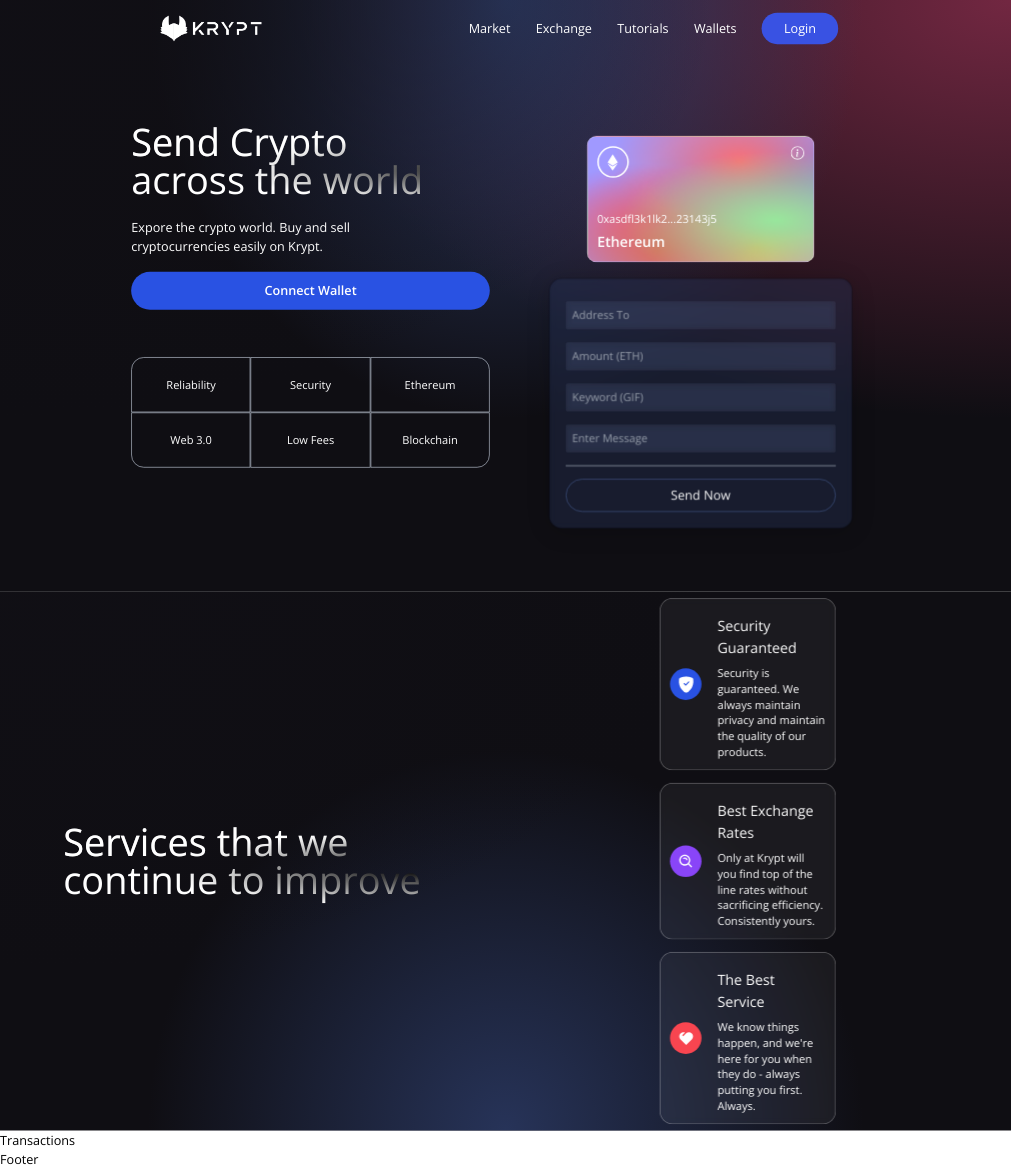
Repository: stephan-chiorean/krypt
Page: / (app in client/)
These files come from the project's save history. The page is drawn as it stood at one moment and after the next save; the edit follows.
The browser window is 1280 px wide. The pictures show the whole page, at 79% of full size.
The project was rebuilt for these pictures with package versions that can differ from the ones it lists, and the page was loaded fresh each time. Also part of the build but not shown: client/vite.config.js, client/src/components/Loader.jsx.

Above is the page before, as saved 2023-03-29 19:31:48.

### client/src/main.jsx
import React from 'react'
import ReactDOM from 'react-dom/client'
import App from './App'
import {TransactionProvider} from './context/TransactionContext';
import './index.css'

ReactDOM.createRoot(document.getElementById('root')).render(
  <TransactionProvider>
  <React.StrictMode>
    <App />
  </React.StrictMode>
  </TransactionProvider>,
)

### client/src/App.jsx
import {Navbar, Welcome, Footer, Services, Transactions} from './components';

const App = () => {

  return (
    <div className="min-h-screen">
      <div className="gradient-bg-welcome">
        <Navbar/>
        <Welcome/>
      </div>
      <Services/>
      <Transactions/>
      <Footer/>
    </div>
  )
}

export default App

### client/src/context/TransactionContext.jsx
import React, { useState, useEffect } from 'react';
import * as ethers from 'ethers';
import { contractABI, contractAddress } from '../utils/constants';

export const TransactionContext = React.createContext();

const { ethereum } = window;

const getEthereumContract = () => {
    console.log(ethers)
  const provider = new ethers.providers.Web3Provider(ethereum);
  const signer = provider.getSigner();
  const transactionContract = new ethers.Contract(
    contractAddress,
    contractABI,
    signer
  );

  return transactionContract;

//   console.log({
//     provider,
//     signer,
//     transactionContract,
//   });
};

export const TransactionProvider = ({ children }) => {
  const [connectedAccount, setConnectedAccount] = useState('');
  const [formData, setFormData] = useState({ addressTo: '', amount: 0, keyword: '', message: ''});
  const [isLoading, setIsLoading] = useState(false);
  const [transactionCount, setTransactionCount] = useState(localStorage.getItem('transactionCount'));

  const handleChange = (e, name) => {
    setFormData((prevState) => ({...prevState, [name]: e.target.value}));
  }

  const checkIfWalletIsConnected = async () => {
    try {
      if (!ethereum) return alert('Please install metamask');

      const accounts = await ethereum.request({ method: 'eth_accounts' });
      if (accounts.length) {
        setConnectedAccount(accounts[0]);
      } else {
        console.log('No accounts found');
      }
      console.log(accounts);
    } catch (err) {
      console.error(err);
      throw new Error('No ethereum object');
    }
  };

  const connectWallet = async () => {
    try {
      if (!ethereum) return alert('Please install metamask');

      const accounts = await ethereum.request({
        method: 'eth_requestAccounts',
      });

      setConnectedAccount(accounts[0]);
      console.log('CONNECTED', connectedAccount);
    } catch (err) {
      console.error(err);
      throw new Error('No ethereum object.');
    }
  };

  const sendTransaction = async() => {
    try {
        if(!ethereum) return alert("Please install metamask");
        const {addressTo, amount, keyword, message} = formData;
        const transactionContract = getEthereumContract();
        const parsedAmount = ethers.utils.parseEther(amount);

        await ethereum.request({
            method: 'eth_sendTransaction',
            params: [{
                from: connectedAccount,
                to: addressTo,
                gas: '0x5208', //21000 gwei
                value: parsedAmount._hex,
            }]
        })

        const transactionHash = await transactionContract.addToBlockchain(addressTo, parsedAmount, message, keyword);
        setIsLoading(true);
        console.log(`Loading - ${transactionHash.hash}`);
        await transactionHash.wait();
        setIsLoading(false);
        console.log(`Success - ${transactionHash.hash}`)

        const transactionCount = await transactionContract.getTransactionCount();
        setTransactionCount(transactionCount.toNumber())


    } catch(err) {
        console.error(err);
    }
  }

  useEffect(() => {
    checkIfWalletIsConnected();
  }, []);
  return (
    <TransactionContext.Provider value={{ connectWallet, connectedAccount, formData, setFormData, handleChange, sendTransaction }}>
      {children}
    </TransactionContext.Provider>
  );
};

### client/src/components/index.js
export {default as Loader} from './Loader';
export {default as Navbar} from './Navbar';
export {default as Footer} from './Footer';
export {default as Welcome} from './Welcome';
export {default as Transactions} from './Transactions';
export {default as Services} from './Services';

### client/src/utils/constants.js
import abi from './Transactions.json';

export const contractABI = abi.abi;
export const contractAddress = '0x48d319b761e733246BF575C86d399bB8EDdA6dEf';

### client/src/components/Navbar.jsx
import { HiMenuAlt4 } from 'react-icons/hi';
import { AiOutlineClose } from 'react-icons/ai';
import { useState } from 'react';

import logo from '../../images/logo.png';

const NavbarItem = ({ title, classProps }) => {
  return <li className={`mx-4 cursor-pointer ${classProps}`}>{title}</li>;
};
export default () => {
  const [toggleMenu, setToggleMenu] = useState(false);
  return (
    <nav className='w-full flex md:justify-center justify-between items-center p-4'>
      <div className='md:flex-[0.5] flex-initial justify-center items-center'>
        <img src={logo} alt='logo' className='w-32 cursor-pointer' />
      </div>
      <ul className='text-white md:flex hidden list-none flex-row justify-between items-center flex-initial'>
        {['Market', 'Exchange', 'Tutorials', 'Wallets'].map((item, index) => (
          <NavbarItem key={item + index} title={item} />
        ))}
        <li className='bg-[#3952e3] py-2 px-7 mx-4 rounded-full cursor-pointer hover:bg-[#2546bd]'>
          Login
        </li>
      </ul>
      <div className='flex relative'>
        {toggleMenu ? (
          <AiOutlineClose
            fontSize={28}
            className='text-white md:hidden cursor-pointer'
            onClick={() => setToggleMenu(false)}
          />
        ) : (
          <HiMenuAlt4
            fontSize={28}
            className='text-white md:hidden cursor-pointer'
            onClick={() => setToggleMenu(true)}
          />
        )}
        {toggleMenu && (
          <ul className="z-10 fixed top-0 -right-2 p-3 w-[70vw] h-screen shadow-2xl md:hidden list-none flex flex-col justify-start items-end rounded-md blue-glassmorphism text-white animate-slide-in">
            <li className='text-xl w-full my-2'>
              <AiOutlineClose onClick={() => setToggleMenu(false)} className="cursor-pointer"/>
            </li>
            {['Market', 'Exchange', 'Tutorials', 'Wallets'].map(
              (item, index) => (
                <NavbarItem key={item + index} title={item} classProps="my-2 text-lg"/>
              )
            )}
          </ul>
        )}
      </div>
    </nav>
  );
};

### client/src/components/Footer.jsx
import React from 'react'

export default() => {
  return (
    <div>Footer</div>
  )
}

### client/src/components/Welcome.jsx
import { AiFillPlayCircle } from 'react-icons/ai';
import { SiEthereum } from 'react-icons/si';
import { BsInfoCircle } from 'react-icons/bs';
import { TransactionContext } from '../context/TransactionContext';
import React, { useContext } from 'react';
import { Loader } from './';
const commonStyles =
  'min-h-[70px] sm:px-0 px-2 sm:min-w-[120px] flex justify-center items-center border-[0.5px] border-gray-400 text-sm font-light text-white';

const Input = ({ placeholder, name, type, value, handleChange }) => (
  <input
    placeholder={placeholder}
    type={type}
    step='0.0001'
    value={value}
    onChange={(e) => handleChange(e, name)}
    className='my-2 w-full rounded-sm p-2 outline-none text-white border-none text-sm white-glassmorphism'
  />
);
export default () => {
  const {
    connectWallet,
    connectedAccount,
    formData,
    sendTransaction,
    handleChange,
  } = useContext(TransactionContext);
  const handleSubmit = (e) => {
    const { addressTo, amount, keyword, message } = formData;
    e.preventDefault();

    if (!addressTo || !amount || !keyword || !message) return;
    sendTransaction();
  };
  return (
    <div className='flex w-full justify-center items-center'>
      <div className='flex md:flex-row flex-col itesm-start justify-between md:p-20 py-12 px-4'>
        <div className='flex flex-1 justify-start flex-col md:mr-10'>
          <h1 className='text-3xl sm:text-5xl text-white text-gradient py-1'>
            Send Crypto <br /> across the world
          </h1>
          <p className='text-left mt-5 text-white font-light md:w-9/12 w-11/12 text-base'>
            Expore the crypto world. Buy and sell cryptocurrencies easily on
            Krypt.
          </p>
          {!connectedAccount && (
            <button
              type='button'
              onClick={connectWallet}
              className='flex flex-row justify-center items-center my-5 bg-[#2952e3] p-3 rounded-full cursor-pointer hover:bg-[#2546bd]'
            >
              <p className='text-white text-base font-semibold'>
                Connect Wallet
              </p>
            </button>
          )}

          <div className='grid sm:grid-cols-3 grid-cols-2 w-full mt-10'>
            <div className={`rounded-tl-2xl ${commonStyles}`}>Reliability</div>
            <div className={commonStyles}>Security</div>
            <div className={`sm:rounded-tr-2xl ${commonStyles}`}>Ethereum</div>
            <div className={`sm:rounded-bl-2xl ${commonStyles}`}>Web 3.0</div>
            <div className={commonStyles}>Low Fees</div>
            <div className={`rounded-br-2xl ${commonStyles}`}>Blockchain</div>
          </div>
        </div>

        <div className='flex flex-col flex-1 items-center justify-start w-full md:mt-0 mt-10'>
          <div className='p-3 justify-end items-start flex-col rounded-xl h-40 sm:w-72 w-full my-5 eth-card white-glassmorphism'>
            <div className='flex justify-between flex-col w-full h-full'>
              <div className='flex justify-between items-start'>
                <div className='w-10 h-10 rounded-full border-2 border-white flex justify-center items-center'>
                  <SiEthereum fontSize={21} color='#fff' />
                </div>
                <BsInfoCircle fontSize={17} color='#fff' />
              </div>
              <div>
                <p className='text-white font-light text-sm'>
                  0xasdfl3k1lk2...23143j5
                </p>
                <p className='text-white font-semibold text-lg mt-1'>
                  Ethereum
                </p>
              </div>
            </div>
          </div>

          <div className='p-5 sm:w-96 w-full flex flex-col justify-start items-center blue-glassmorphism'>
            <Input
              placeholder='Address To'
              name='addressTo'
              type='text'
              handleChange={handleChange}
            />
            <Input
              placeholder='Amount (ETH)'
              name='amount'
              type='number'
              handleChange={handleChange}
            />
            <Input
              placeholder='Keyword (GIF)'
              name='keyword'
              type='text'
              handleChange={handleChange}
            />
            <Input
              placeholder='Enter Message'
              name='message'
              type='text'
              handleChange={handleChange}
            />
            <div className='h-[1px] w-full bg-gray-400 my-2' />
            {false ? (
              <Loader />
            ) : (
              <button
                type='submit'
                onClick={handleSubmit}
                className='text-white w-full mt-2 border-[1px] p-2 border-[#3d4f7c] rounded-full cursor-pointer'
              >
                Send Now
              </button>
            )}
          </div>
        </div>
      </div>
    </div>
  );
};

### client/src/components/Transactions.jsx
import React from 'react'

export default() => {
  return (
    <div>Transactions</div>
  )
}

### client/src/components/Services.jsx
import React from 'react';
import { BsShieldFillCheck } from 'react-icons/bs';
import { BiSearchAlt } from 'react-icons/bi';
import { RiHeart2Fill } from 'react-icons/ri';

const ServiceCard = ({color, title, icon, subtitle}) => (
  <div className='flex flex-row md:w-1/3 justify-start items-center white-glassmorphism p-3 m-2 cursor-pointer hover:shadow-xl'>
    <div className={`w-10 h-10 rounded-full flex justify-center items-center ${color}`}>
      {icon}
    </div>
    <div className="ml-5 flex flex-col flex-1">
      <h1 className="mt-2 text-white text-lg">{title}</h1>
      <p className="mt-2 text-white text-sm">{subtitle}</p>
    </div>
  </div>
);
export default () => {
  return (
    <div className='flex w-full justify-center items-center gradient-bg-services'>
      <div className='flex md:flex-row flex-col items-center justify-between md:p-20 py-12 px-4'>
        <div className='flex-1 flex flex-col justify-start items-start'>
          <h1 className='text-white text-3xl sm:text-5xl py-2 text-gradient'>
            Services that we
            <br />
            continue to improve
          </h1>
        </div>
      </div>
      <div className='flex-1 flex flex-col justify-start items-center'>
        <ServiceCard
          color='bg-[#2952e3]'
          title='Security Guaranteed'
          icon={<BsShieldFillCheck fontSize={21} className='text-white' />}
          subtitle="Security is guaranteed. We always maintain privacy and maintain the quality of our products."
        />
        <ServiceCard
          color='bg-[#8945f8]'
          title='Best Exchange Rates'
          icon={<BiSearchAlt fontSize={21} className='text-white' />}
          subtitle="Only at Krypt will you find top of the line rates without sacrificing efficiency. Consistently yours."
        />
        <ServiceCard
          color='bg-[#f84550]'
          title='The Best Service'
          icon={<RiHeart2Fill fontSize={21} className='text-white' />}
          subtitle="We know things happen, and we're here for you when they do - always putting you first. Always."
        />
      </div>
    </div>
  );
};

Loaded but not shown: client/index.html (common file); client/src/index.css (common file); client/tailwind.config.js (common file); client/src/utils/Transactions.json (140 lines, source omitted)

After the next save:
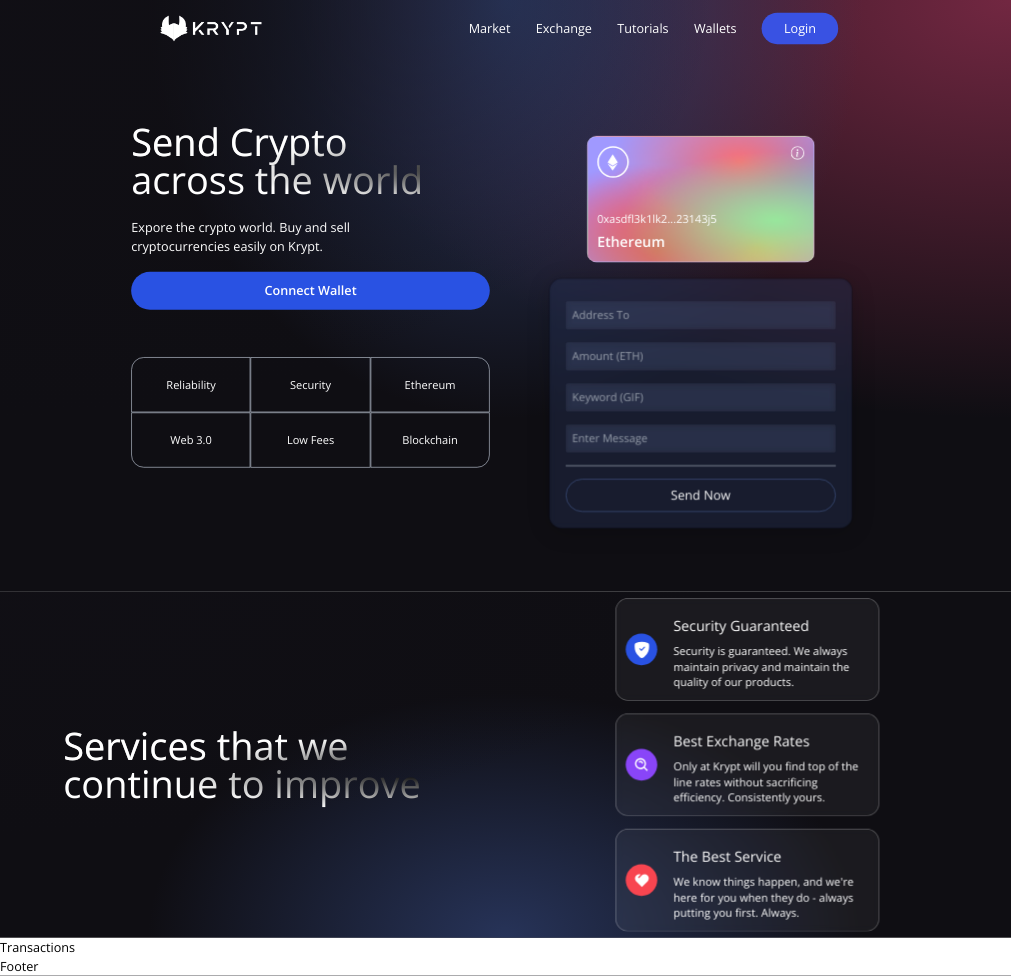
Saved 4 s later.
--- a/client/src/components/Services.jsx
+++ b/client/src/components/Services.jsx
@@ -4,7 +4,7 @@ import { BiSearchAlt } from 'react-icons/bi';
 import { RiHeart2Fill } from 'react-icons/ri';
 
 const ServiceCard = ({color, title, icon, subtitle}) => (
-  <div className='flex flex-row md:w-1/3 justify-start items-center white-glassmorphism p-3 m-2 cursor-pointer hover:shadow-xl'>
+  <div className='flex flex-row md:w-1/2 justify-start items-center white-glassmorphism p-3 m-2 cursor-pointer hover:shadow-xl'>
     <div className={`w-10 h-10 rounded-full flex justify-center items-center ${color}`}>
       {icon}
     </div>
